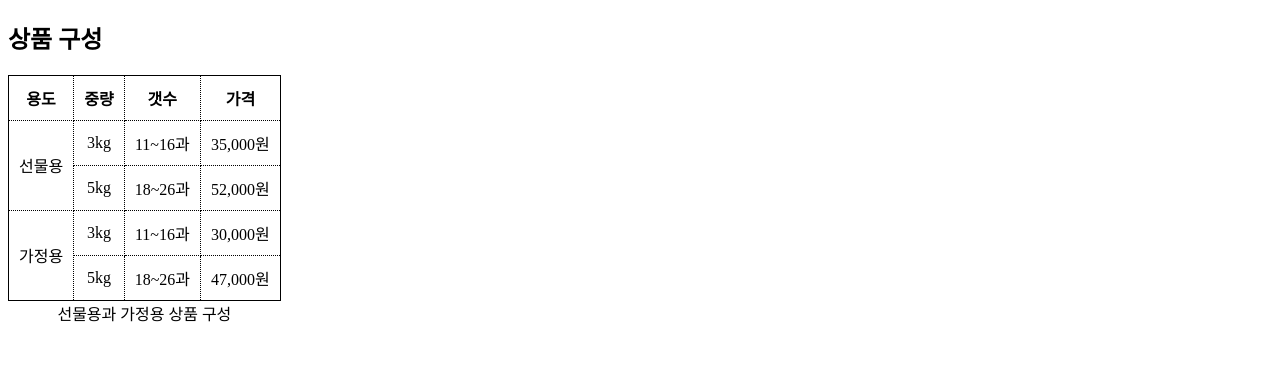
Repository: 753kg/753kg.github.io
Page: KOSTA/webProject/WebContent/doit/07/table-css1.html
The author's editor kept a copy of each file at every save. The page is drawn from the files as they stood at one save, then again after the next save.
The browser window is 1280 px wide. The pictures show the whole page.

Above is the page before, as saved 2021-03-31 06:43:07.

After the next save:
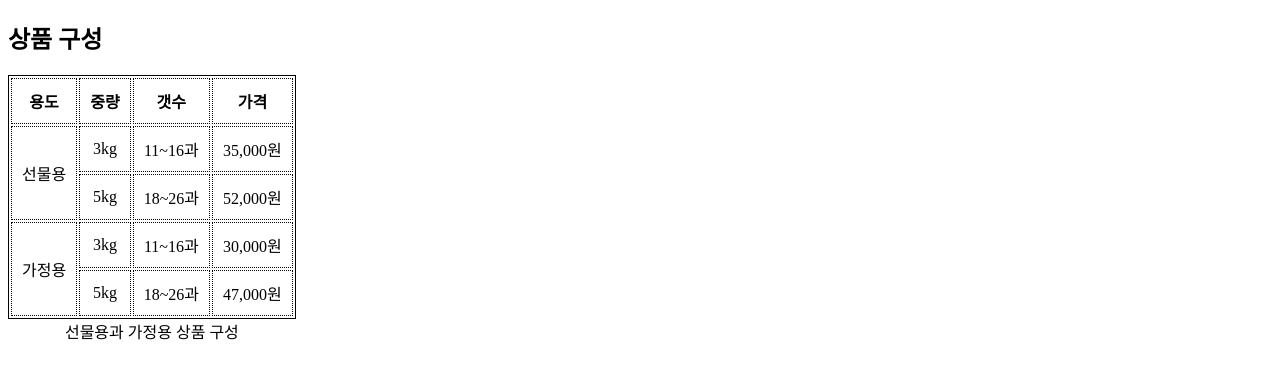
Saved 7 s later.
--- a/KOSTA/webProject/WebContent/doit/07/table-css1.html
+++ b/KOSTA/webProject/WebContent/doit/07/table-css1.html
@@ -7,7 +7,7 @@
 			table {
 				caption-side: bottom;  /* 표 캡션 위치 */
 				border:1px double black;  /* 표 테두리는 검은 색 실선으로 */
-				border-collapse: collapse;
+
 			}
 			td, th {
 				border:1px dotted black;  /* 셀 테두리는 검은 색 점선으로 */

After the save that followed:
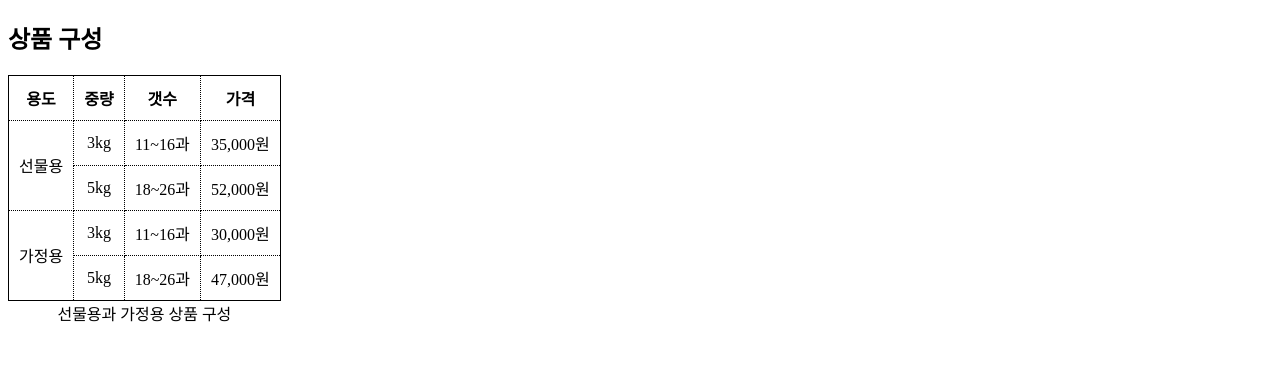
Saved 20 s later.
--- a/KOSTA/webProject/WebContent/doit/07/table-css1.html
+++ b/KOSTA/webProject/WebContent/doit/07/table-css1.html
@@ -7,7 +7,7 @@
 			table {
 				caption-side: bottom;  /* 표 캡션 위치 */
 				border:1px double black;  /* 표 테두리는 검은 색 실선으로 */
-
+				border-collapse: collapse;
 			}
 			td, th {
 				border:1px dotted black;  /* 셀 테두리는 검은 색 점선으로 */
